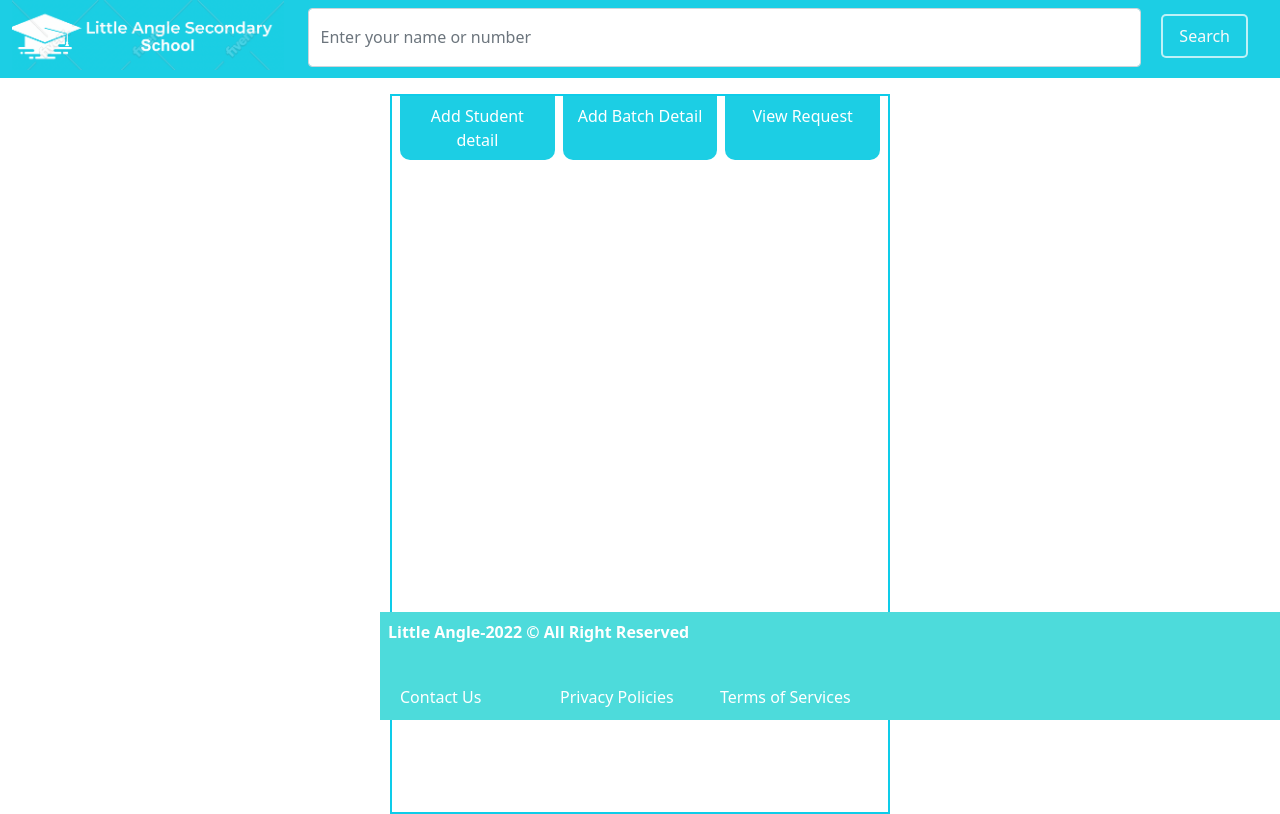
Repository: Sjuicyy/School-Project
Page: home2.html
The author's editor kept a copy of each file at every save. The page is drawn from the files as they stood at one save, then again after the next save.
The browser window is 1280 px wide. The pictures show the whole page.

Above is the page before, as saved 2022-09-18 09:14:04.

After the next save:
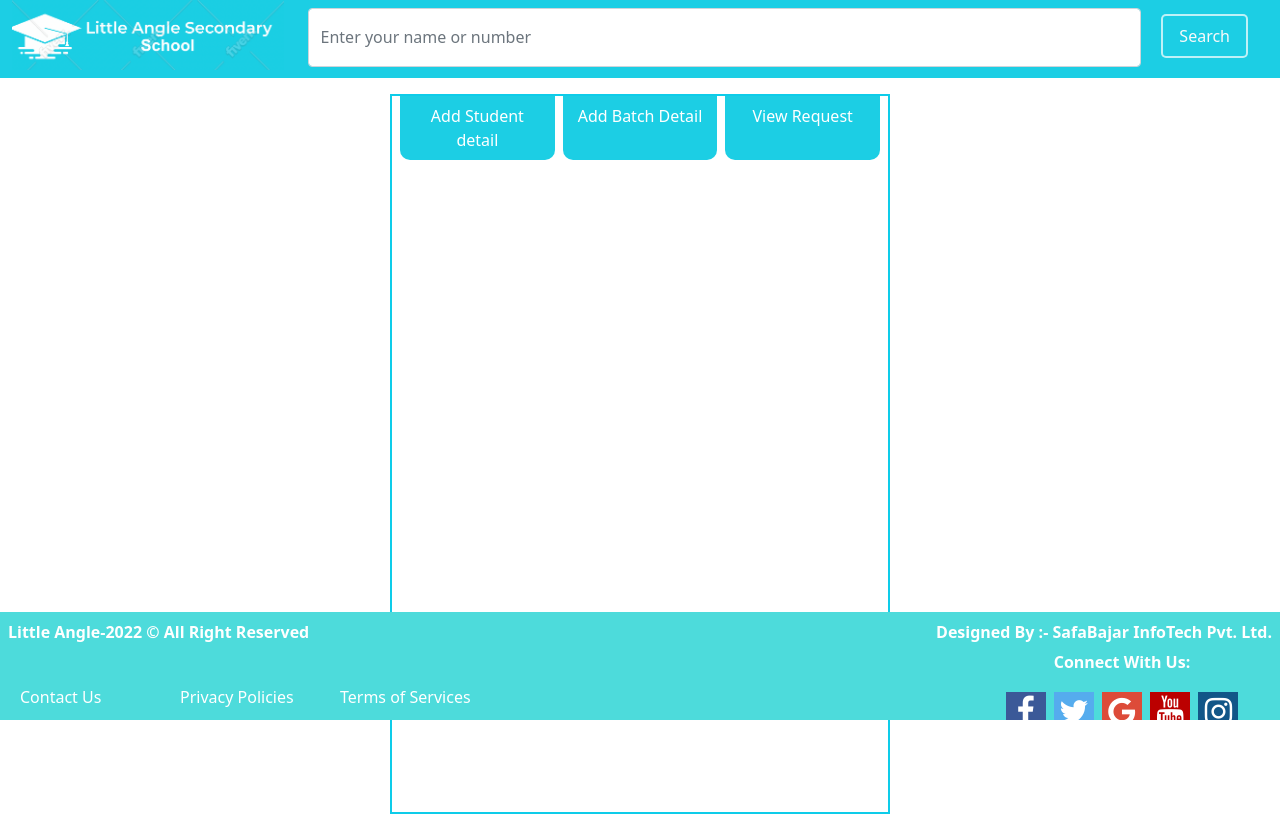
Saved 3 s later.
--- a/home2.html
+++ b/home2.html
@@ -300,7 +300,7 @@
 
 
 
-
+    </form>
 
 
 
